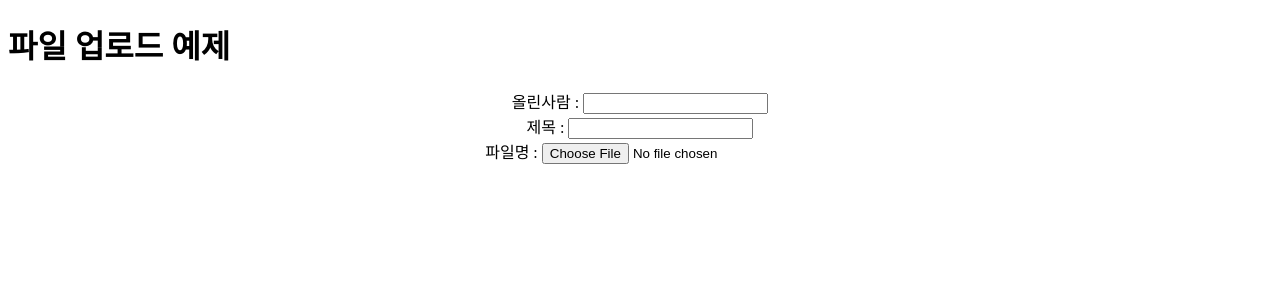
Repository: minkyung0421/jsp_travel_project
Page: http://localhost/Travel_Project/fileUploadForm.jsp
An editor plug-in stored every save of this project. The page is shown before and after the next save, followed by the edit.
The browser window is 1280 px wide. The pictures show the whole page.
The page is served by Tomcat 9.

Above is the page before, as saved 2018-08-20 00:06:49.

After the next save:
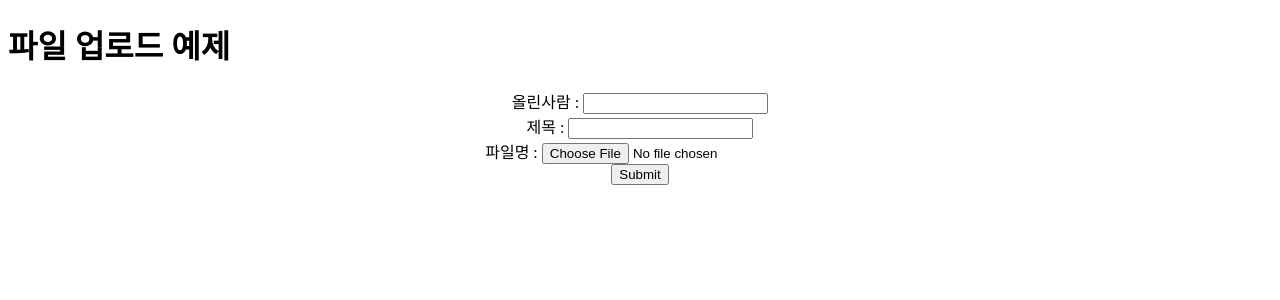
Saved 14 s later.
--- a/jsp_travel_project/Travel_Project/WebContent/fileUploadForm.jsp
+++ b/jsp_travel_project/Travel_Project/WebContent/fileUploadForm.jsp
@@ -14,6 +14,7 @@
 		올린사람 : <input type= "text" name = "name"><br>
 		제목   : <input type = "text" name = "subject"><br>
 		파일명 : <input type = "file" name = "fileName1"><br>
+		<input type = "submit" name = "fileName1">
 	</form>
 </center>
 </body>
